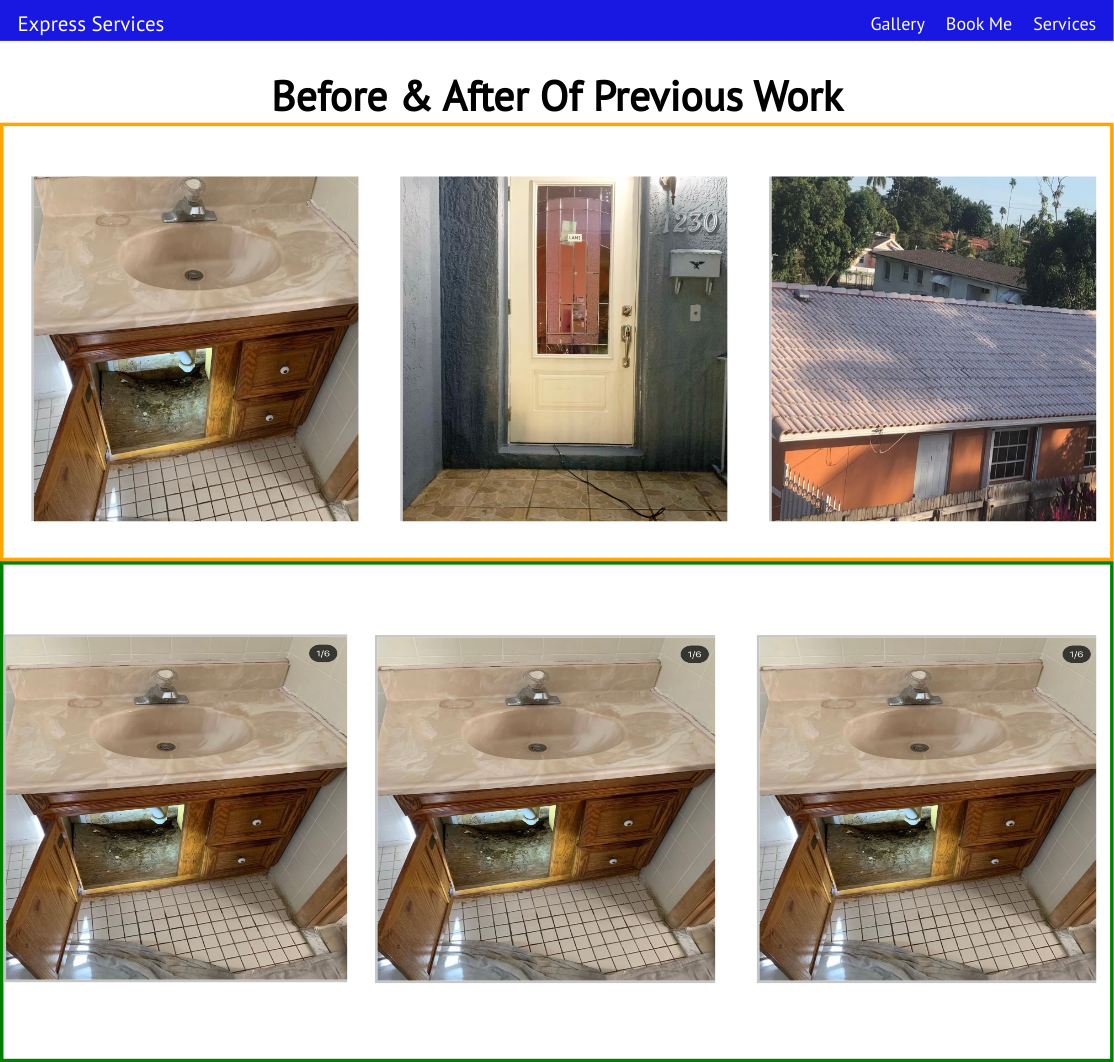
Repository: DrummerDee/mir-miami
Page: /Gallery (app in mr-miami/)
The author's editor kept a copy of each file at every save. The page is drawn from the files as they stood at one save, then again after the next save.
The browser window is 1280 px wide. The pictures show the whole page, at 87% of full size.
The project was rebuilt for these pictures with package versions that can differ from the ones it lists, and the page was loaded fresh each time. Also part of the build but not shown: mr-miami/src/Styles/Services.css, mr-miami/src/Components/Services.js, mr-miami/src/Components/Homepage.js, mr-miami/src/Styles/Calendar.css, mr-miami/src/Styles/Times.css, mr-miami/src/Components/Times.js, mr-miami/src/Components/Time.js, mr-miami/src/Components/BookMe.js.

Above is the page before, as saved 2022-09-09 13:58:22.

After the next save:
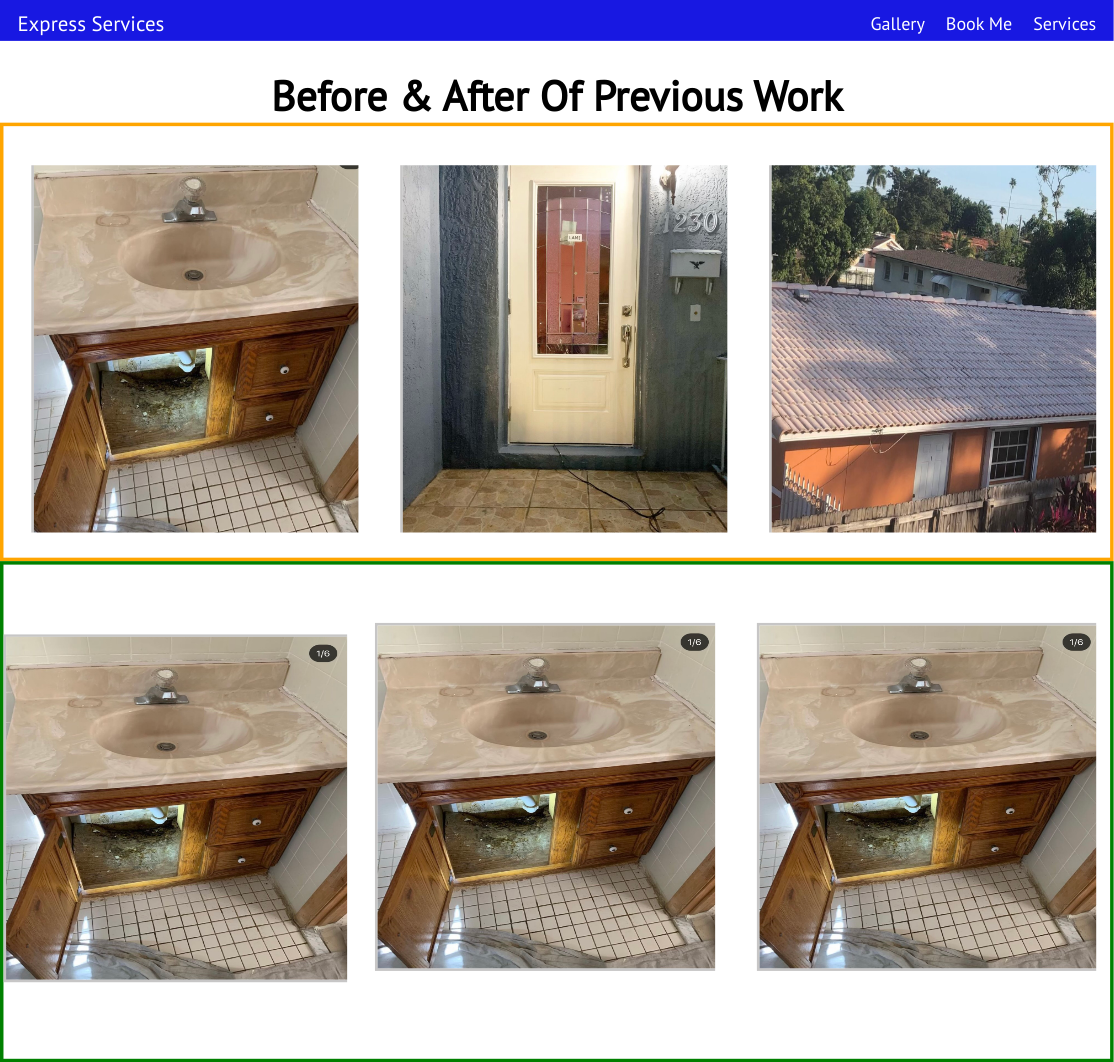
Saved 9 s later.
--- a/mr-miami/src/Styles/App.css
+++ b/mr-miami/src/Styles/App.css
@@ -24,7 +24,7 @@
   width: 100%;
   display: flex;
   flex-direction: column;
-  height: 80%;
+  height: 85%;
   overflow: hidden;
   gap: 0.5rem;
   padding: 1rem 0 0 1rem;
